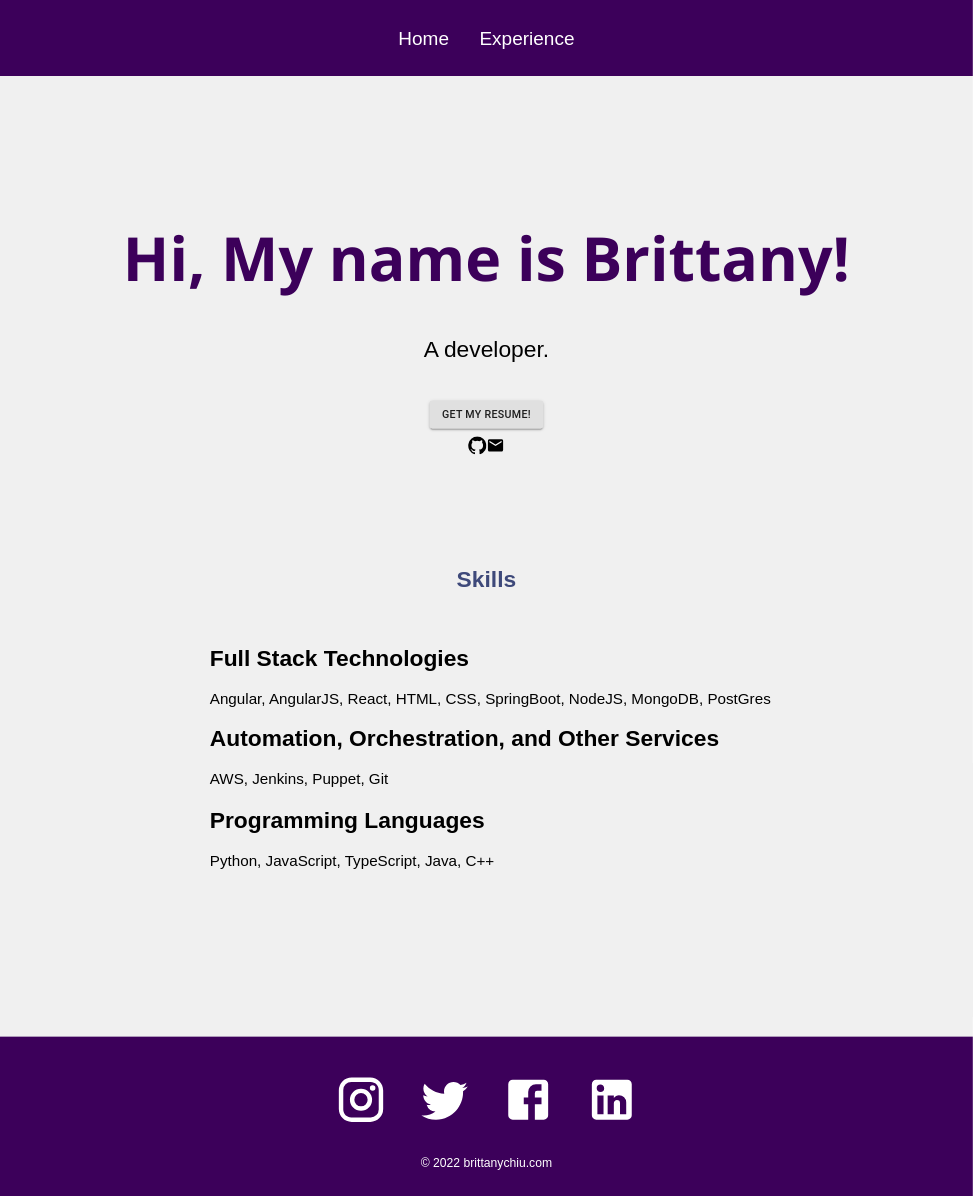
Repository: chiubacca94/chiufolio
Page: /
The author's editor kept a copy of each file at every save. The page is drawn from the files as they stood at one save, then again after the next save.
The browser window is 1280 px wide. The pictures show the whole page, at 76% of full size.
The project was rebuilt for these pictures with package versions that can differ from the ones it lists, and the page was loaded fresh each time. Also part of the build but not shown: src/components/Projects/Projects.js, src/components/Experiences/Experiences.css, src/components/Experiences/Experiences.js.

Above is the page before, as saved 2022-07-04 21:37:45.

After the next save:
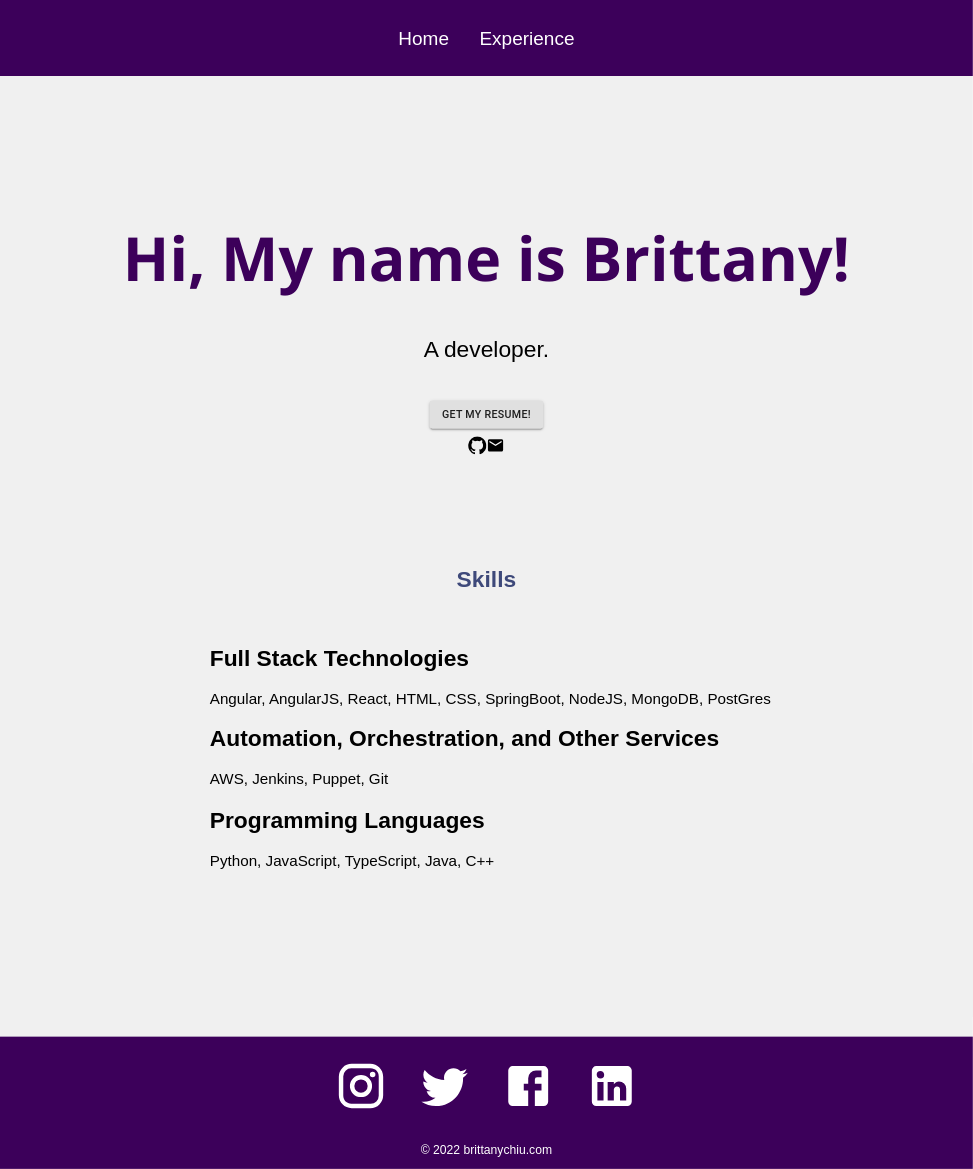
Saved 2 min 36 s later.
--- a/src/components/Footer/Footer.css
+++ b/src/components/Footer/Footer.css
@@ -1,6 +1,6 @@
 .footer {
     width: 100%;
-    height: 200px;
+    height: none;
     background: #3c005a;
     display: flex;
     justify-content: center;
